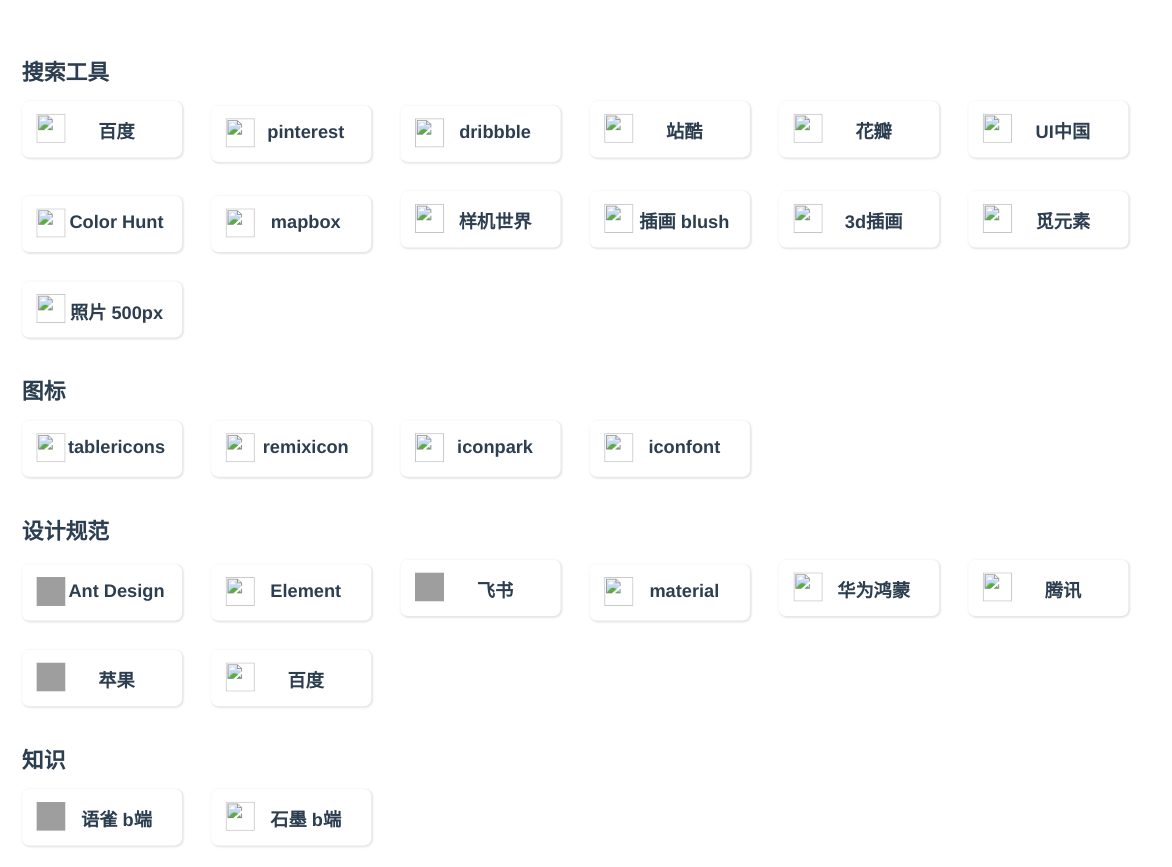
Repository: LiuZixu-aurelio/collection
Page: /
An editor plug-in stored every save of this project. The page is shown before and after the next save, followed by the edit.
The browser window is 1280 px wide. The page is 1288 px wide, so the pictures cover 1288 px, including what lies to the right of the window. The pictures show the whole page, at 91% of full size.
Pictures or frames that could not be fetched are drawn as grey boxes. The project was rebuilt for these pictures with package versions that can differ from the ones it lists, and the page was loaded fresh each time.

Above is the page before, as saved 2022-06-22 16:31:36.

### src/App.vue
<template>

  <HelloWorld />
</template>

<script>
import HelloWorld from './components/HelloWorld.vue'

export default {
  name: 'App',
  components: {
    HelloWorld
  }
}
</script>

<style>
#app {
  font-family: Avenir, Helvetica, Arial, sans-serif;
  -webkit-font-smoothing: antialiased;
  -moz-osx-font-smoothing: grayscale;
  color: #2c3e50;
  margin-top: 60px;
}
</style>

### src/components/HelloWorld.vue
<template>
  <div>
    <div>
      <h2>搜索工具</h2>
      <Card class='card' msg="百度" web="https://www.baidu.com" logo="https://www.baidu.com/favicon.ico"/>
      <Card class='card' msg="pinterest" web="https://dribbble.com/" logo="https://s.pinimg.com/images/favicon_red_192.png"/>
      <Card class='card' msg="dribbble" web="https://it.pinterest.com/" logo="https://cdn.dribbble.com/assets/favicon-b38525134603b9513174ec887944bde1a869eb6cd414f4d640ee48ab2a15a26b.ico"/>
      <Card class='card' msg="站酷" web="https://www.zcool.com.cn/" logo="https://static.zcool.cn/git_z/z/site/favicon.ico?version=1618914637608"/>
      <Card class='card' msg="花瓣" web="https://huaban.com/" logo="https://huaban.com/favicon.ico"/>
      <Card class='card' msg="UI中国" web="https://www.ui.cn/" logo="https://www.ui.cn/favicon.ico"/>
      <Card class='card' msg="Color Hunt" web="https://colorhunt.co/" logo="https://colorhunt.co/img/colorhunt-favicon.svg?2"/>
      <Card class='card' msg="mapbox" web="https://api.mapbox.com/styles/v1/mapbox/light-v10.html?title=true&access_token=pk.eyJ1IjoibWFwYm94IiwiYSI6ImNpejY4M29iazA2Z2gycXA4N2pmbDZmangifQ.-g_vE53SD2WrJ6tFX7QHmA#13.52/47.50887/19.08254" logo="https://static-assets.mapbox.com/branding/favicon/v1/favicon.ico?v=gAd4JjrGWl"/>
      <Card class='card' msg="样机世界" web="https://www.mockupworld.co/all-mockups/" logo="https://static-assets.mapbox.com/branding/favicon/v1/favicon.ico?v=gAd4JjrGWl"/>
      <Card class='card' msg="插画 blush" web="https://blush.design/zh-CN?ref=producthunt" logo="https://static-assets.mapbox.com/branding/favicon/v1/favicon.ico?v=gAd4JjrGWl"/>
      <Card class='card' msg="3d插画" web="https://3ddd.casa/" logo="https://static-assets.mapbox.com/branding/favicon/v1/favicon.ico?v=gAd4JjrGWl"/>
      <Card class='card' msg="觅元素" web="http://www.51yuansu.com/" logo="https://static-assets.mapbox.com/branding/favicon/v1/favicon.ico?v=gAd4JjrGWl"/>
      <Card class='card' msg="照片 500px" web="https://500px.com/popular" logo="https://static-assets.mapbox.com/branding/favicon/v1/favicon.ico?v=gAd4JjrGWl"/>

      <h2>图标</h2>
      <Card class='card' msg="tablericons " web="https://tablericons.com/" logo="https://static-assets.mapbox.com/branding/favicon/v1/favicon.ico?v=gAd4JjrGWl"/>
      <Card class='card' msg="remixicon " web="https://remixicon.com/" logo="https://static-assets.mapbox.com/branding/favicon/v1/favicon.ico?v=gAd4JjrGWl"/>
      <Card class='card' msg="iconpark " web="https://iconpark.oceanengine.com/official" logo="https://static-assets.mapbox.com/branding/favicon/v1/favicon.ico?v=gAd4JjrGWl"/>
      <Card class='card' msg="iconfont " web="https://www.iconfont.cn/" logo="https://img.alicdn.com/favicon.ico"/>


      <h2>设计规范</h2>
      <Card class='card' msg="Ant Design" web="https://ant.design/" logo="https://gw.alipayobjects.com/zos/rmsportal/rlpTLlbMzTNYuZGGCVYM.png"/>
      <Card class='card' msg="Element" web="https://element-plus.gitee.io/zh-CN/#/zh-CN" logo="https://element-plus.gitee.io/apple-touch-icon.png"/>
      <Card class='card' msg="飞书" web="https://open.feishu.cn/document/uYjL24iN/ukjNzUjL5YzM14SO2MTN" logo="https://s3-imfile.feishucdn.com/static-resource/v1/1941d42c-fccc-44bb-bfcc-854d71b7ed3g"/>
      <Card class='card' msg="material" web="https://www.material.io/" logo="https://static.tdesign.tencent.com/favicon.ico"/>
      <Card class='card' msg="华为鸿蒙" web="https://developer.harmonyos.com/cn/design" logo="https://developer.harmonyos.com/assets/image/favicon.ico?v=202206062122"/>
      <Card class='card' msg="腾讯" web="https://tdesign.tencent.com/" logo="https://static.tdesign.tencent.com/favicon.ico"/>
      <Card class='card' msg="苹果" web="https://developer.apple.com/cn/design/" logo="https://developer.apple.com/apple-logo.svg"/>
      <Card class='card' msg="百度" web="https://www.baidu.com" logo="https://www.baidu.com/favicon.ico"/>

      <h2>知识</h2>
      <Card class='card' msg="语雀 b端" web="https://www.yuque.com/sardine/lvdo4s" logo="https://gw.alipayobjects.com/mdn/prod_resou/afts/img/A*CUIoT4xopNYAAAAAAAAAAABkARQnAQ"/>
      <Card class='card' msg="石墨 b端" web="https://shimo.im/docs/kcndgcoA0skbv6Jh/read" logo="https://as.smvm.cn/from_qbox/favicon.ico"/>

    </div>
  </div>
</template>

<script>

import Card from './Card.vue'
export default {
  components: { Card },
  name: 'HelloWorld',
  props: {
    msg: String
  }
}
</script>

<!-- Add "scoped" attribute to limit CSS to this component only -->
<style scoped>
.card {
  display:inline-block;
  margin: 16px;
}
h2 {
  left: 16px;
  position: relative;
  margin: 24px 0px 0px 0px;
}

</style>

### src/components/Card.vue
<template>
  <div @click="openweb" class="cardin">
    <img :src="logo" alt="">
    <div class="text1"><span>{{msg}}</span></div>
  </div>
</template>

<script>

export default {
  name: 'Card',
  data: function(){
    return {

      }
  },
  props: {
    msg: String,
    web: String,
    logo: String
  },
  methods:{
    openweb:function(){
      window.open(this.web)
    }
  }
}
</script>

<!-- Add "scoped" attribute to limit CSS to this component only -->
<style scoped>
.cardin {
  width: 160px;
  height: 46px;
  padding: 8px;
  border-radius: 8px;
  box-shadow: 1px 1px 2px 1px rgba(0, 0, 0, .1)
}
img {
  width: 32px;
  height: 32px;
  position: relative;
  top: 6px;
  margin-left: 8px;
}
span {
  position: relative;
  top: -26px;
  margin-left: 16px;
  font-size: 20px;
  font-weight: 800;
}
.text1 {
  justify-content: center;
  display:flex;
  position: relative;
  right: -8px;
}
</style>

Loaded but not shown: public/index.html (common file); src/main.js (common file)

After the next save:
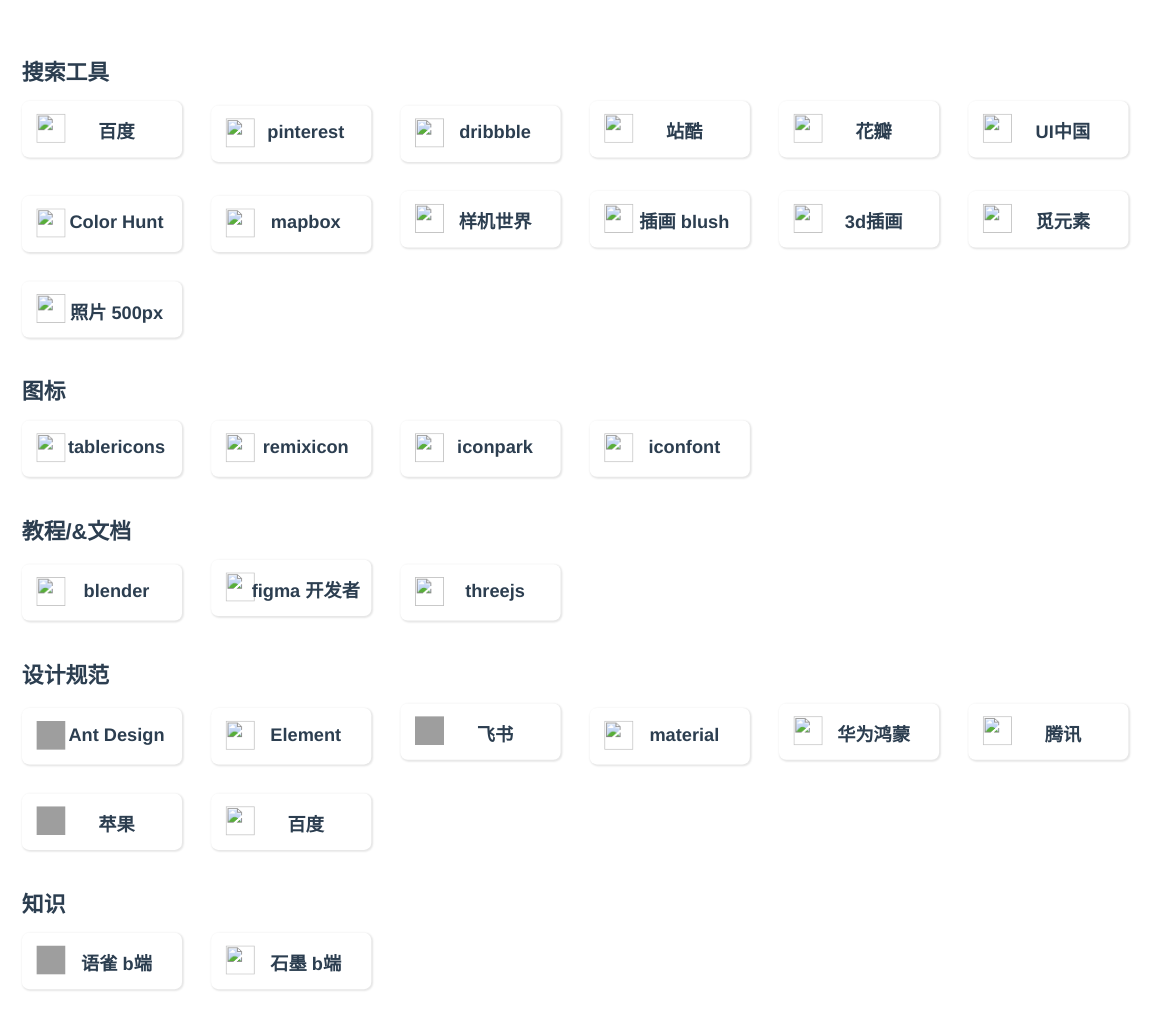
Saved 18 min 26 s later.
--- a/src/components/HelloWorld.vue
+++ b/src/components/HelloWorld.vue
@@ -21,6 +21,13 @@
       <Card class='card' msg="remixicon " web="https://remixicon.com/" logo="https://static-assets.mapbox.com/branding/favicon/v1/favicon.ico?v=gAd4JjrGWl"/>
       <Card class='card' msg="iconpark " web="https://iconpark.oceanengine.com/official" logo="https://static-assets.mapbox.com/branding/favicon/v1/favicon.ico?v=gAd4JjrGWl"/>
       <Card class='card' msg="iconfont " web="https://www.iconfont.cn/" logo="https://img.alicdn.com/favicon.ico"/>
+
+
+      <h2>教程/&文档</h2>
+      <Card class='card' msg="blender" web="https://docs.blender.org/manual/zh-hans/3.2/" logo="https://img.alicdn.com/favicon.ico"/>
+      <Card class='card' msg="figma 开发者" web="https://www.figma.com/plugin-docs/intro/" logo="https://img.alicdn.com/favicon.ico"/>
+      <Card class='card' msg="threejs" web="https://threejs.org/docs/index.html#manual/zh/introduction/Creating-a-scene" logo="https://img.alicdn.com/favicon.ico"/>
+
 
 
       <h2>设计规范</h2>
